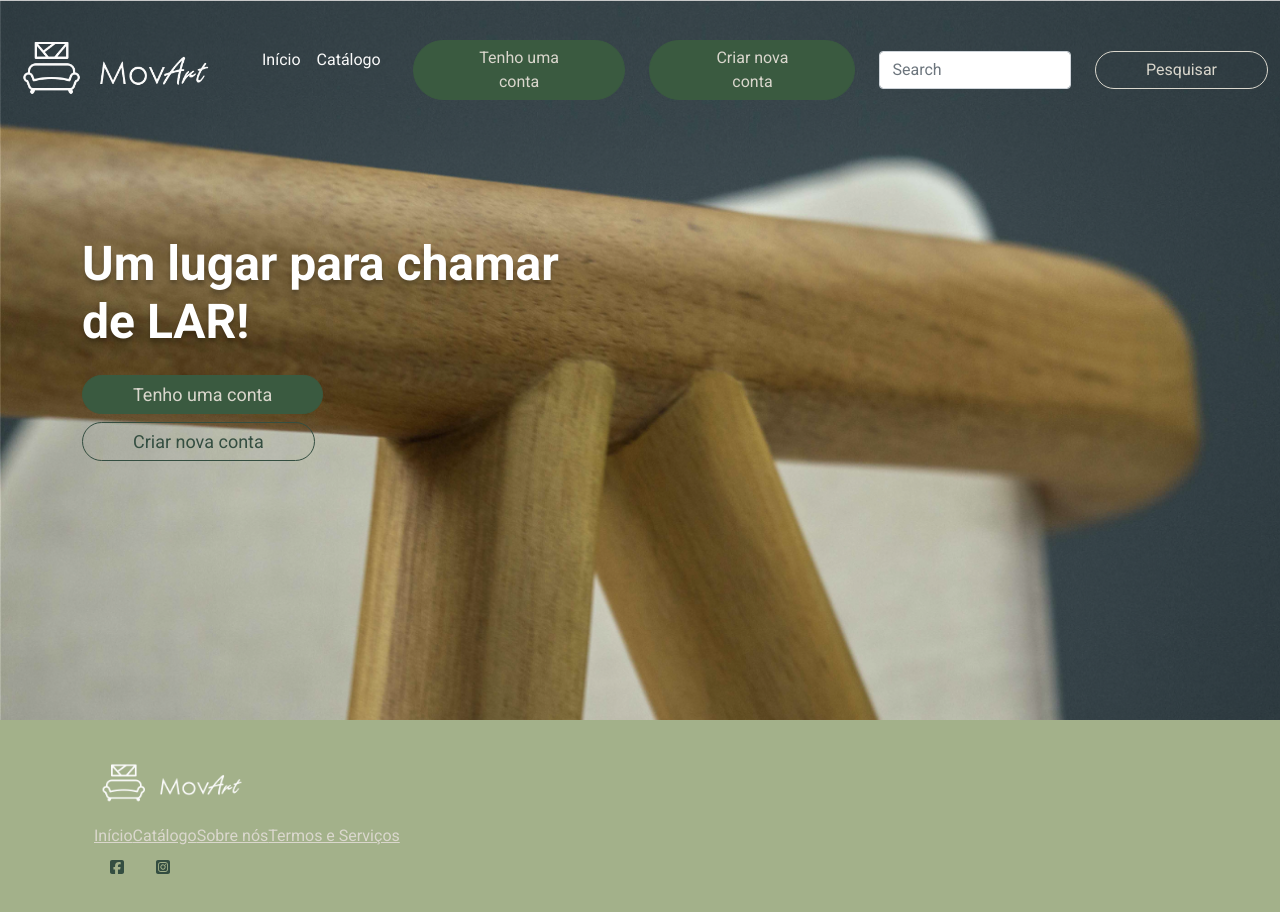
Repository: telesbp/Projeto-4-e-Projeto-5
Page: / (app in front-end/)
These files come from the project's save history. The page is drawn as it stood at one moment and after the next save; the edit follows.
The browser window is 1280 px wide. The pictures show the whole page.
The project was rebuilt for these pictures with package versions that can differ from the ones it lists, and the page was loaded fresh each time.

Above is the page before, as saved 2022-07-17 21:51:43.

### front-end/public/index.html
<!DOCTYPE html>
<html lang="pt-BR">
  <head>
    <meta charset="utf-8" />
    <link rel="icon" href="%PUBLIC_URL%/favicon.ico" />
    <meta name="viewport" content="width=device-width, initial-scale=1" />
    <meta name="theme-color" content="#000000" />
    <meta
      name="description"
      content="Seu negócio automatizado!"
    />
    <link rel="apple-touch-icon" href="%PUBLIC_URL%/logo192.png" />
    <!--
      manifest.json provides metadata used when your web app is installed on a
      user's mobile device or desktop. See https://developers.google.com/web/fundamentals/web-app-manifest/
    -->
    <link rel="manifest" href="%PUBLIC_URL%/manifest.json" />
    <!--
      Notice the use of %PUBLIC_URL% in the tags above.
      It will be replaced with the URL of the `public` folder during the build.
      Only files inside the `public` folder can be referenced from the HTML.

      Unlike "/favicon.ico" or "favicon.ico", "%PUBLIC_URL%/favicon.ico" will
      work correctly both with client-side routing and a non-root public URL.
      Learn how to configure a non-root public URL by running `npm run build`.
    -->
    <title>Stagio</title>

    <link rel="preconnect" href="https://fonts.googleapis.com">
    <link rel="preconnect" href="https://fonts.gstatic.com" crossorigin>
    <link href="https://fonts.googleapis.com/css2?family=Roboto:wght@400;700&display=swap" rel="stylesheet">
  </head>
  <body>
    <noscript>You need to enable JavaScript to run this app.</noscript>
    <div id="root"></div>
    <!--
      This HTML file is a template.
      If you open it directly in the browser, you will see an empty page.

      You can add webfonts, meta tags, or analytics to this file.
      The build step will place the bundled scripts into the <body> tag.

      To begin the development, run `npm start` or `yarn start`.
      To create a production bundle, use `npm run build` or `yarn build`.
    -->
  </body>
</html>

### front-end/src/index.tsx
import React from 'react';
import ReactDOM from 'react-dom/client';
import App from './App';
import 'bootstrap/dist/css/bootstrap.min.css';
import { BrowserRouter } from 'react-router-dom';
import 'react-toastify/dist/ReactToastify.css';
import { ToastContainer } from 'react-toastify';
import { GlobalStyle } from './assets/css/global';

const root = ReactDOM.createRoot(
  document.getElementById('root') as HTMLElement
);
root.render(
  <React.StrictMode>
    <BrowserRouter>
    <GlobalStyle/>
      <App />
      <ToastContainer/>
    </BrowserRouter>
  </React.StrictMode>
);

### front-end/src/App.tsx
import { HomeView } from "./views/Home";

function App() {
  return (
    <HomeView/>
  );
}

export default App;

### front-end/src/assets/css/global.ts
import { createGlobalStyle } from "styled-components";

export const GlobalStyle = createGlobalStyle`
    body{
       font-family: 'Roboto', sans-serif;
    }
`

### front-end/src/views/Home/index.tsx
import { Container } from "react-bootstrap";
import styled from "styled-components";
import bgSite from "../../assets/img/cadeira1.png"
import { CustomButton } from "../../components/CustomButton";
import { Layout } from "../../components/Layout";

export function HomeView(){
    return(
        <Layout>
            <Banner className="vh-100">
                <Container className="h-100 d-flex flex-column justify-content-center align-items-center align-items-lg-start">
                    <Title className="text-center text-white text-lg-start mt-auto mt-lg-0 ">Um lugar para chamar de LAR!</Title>
                    <CustomButton size="lg" to="login" variant="primary" className="mt-auto mt-lg-3 mb-2">Tenho uma conta</CustomButton>
                    <CustomButton size="lg" to="cadastro" variant="outline-primary" className="mb-4">Criar nova conta</CustomButton>
                </Container>
            </Banner>
        </Layout>
    )
}

const Banner = styled.div`
    background: url(${bgSite}) no-repeat center center;
    background-size: cover;
`
const Title = styled.h1`
    font-size: 2.25rem;
    font-weight: bold;
    text-shadow: 0 4px 4px rgba(0, 0, 0, 0.25);
    @media (min-width: 992px){
        font-size: 3rem;
        max-width: 500px;
    }
`

### front-end/src/components/CustomButton/index.tsx
import { Button, ButtonProps, Spinner } from "react-bootstrap";
import { LinkContainer } from "react-router-bootstrap";
import styled from "styled-components";

type Props = ButtonProps & {
    loading?: boolean
    to?: string
}

export function CustomButton({children, loading, to, ...otherProps}: Props) {
    const button = (
        <ButtonStyled {...otherProps}>
            {loading && (
                <Spinner animation="border" role="status" size="sm" className="me-2">
                    <span className="visually-hidden">Carregando...</span>
                </Spinner>
            )}
            {children}
        </ButtonStyled>
    )
    if (to){
        return(
            <LinkContainer to={to}>
                {button}
            </LinkContainer>
        )
    }
    return button
}
const ButtonStyled = styled(Button)`
    border-radius: 50px;
    font-weight: 500;
    padding:5px 50px 5px 50px;
    ${props => props.size ==='lg' && `
        font-size: 1.125rem;
    `}
    ${props => (props.variant === "primary" || !props.variant) && `
        background-color: #3A5A40;
        border-color: #3A5A40;
        color: #DAD7CD!important;
        &:hover {
            background-color: #344E41;
            border-color: #344E41;
        }
    `}
    ${props => (props.variant === "outline-primary" || !props.variant) && `
        border-color: #344E41;
        color: #344E41;
        &:hover {
            background-color: #344E41;
            border-color: #344E41;
            color: #DAD7CD;
        }
    `}
    ${props => (props.variant === "outline-secundary" || !props.variant) && `
        border-color: #DAD7CD;
        color: #DAD7CD;
        &:hover {
            background-color: #344E41;
            border-color: #344E41;
            color: #DAD7CD;
        }
    `}
`

### front-end/src/components/Layout/index.tsx
import { Footer } from "./Footer"
import { Header } from "./Header"

type Props = {
    children: React.ReactNode
}
export const Layout: React.FC<Props> = ({children}) => {
    return (
        <>
            <Header/>
            {children}
            <Footer/>
        </>
    )
}

### front-end/src/components/Layout/Footer.tsx
import { faFacebookSquare, faInstagramSquare } from "@fortawesome/free-brands-svg-icons";
import { FontAwesomeIcon } from "@fortawesome/react-fontawesome";
import { Container, Nav } from "react-bootstrap";
import { Link } from "react-router-dom";
import styled from "styled-components";
import LogoBrand from "../../assets/img/logobranca.png"

export function Footer () {
    return(
        <FooterStyled>
            <ContainerStyled className="d-flex p-4">
                <img src={LogoBrand} alt="MovArt" width={170} height={80}/>
                <Nav>
                    <NavLinkTitleStyled  as={Link} to="/">Início</NavLinkTitleStyled >
                    <NavLinkTitleStyled  as={Link} to="/">Catálogo</NavLinkTitleStyled >
                    <NavLinkTitleStyled  as={Link} to="/">Sobre nós</NavLinkTitleStyled >
                    <NavLinkTitleStyled  as={Link} to="/">Termos e Serviços</NavLinkTitleStyled >
                </Nav>
                <Nav>
                    <Nav.Link href="http://facebook.com" target="_blank">
                        <FontAwesomeIconStyle icon={faFacebookSquare} />
                    </Nav.Link>
                    <Nav.Link href="http://instagram.com" target="_blank">
                        <FontAwesomeIconStyle icon={faInstagramSquare} />
                    </Nav.Link>
                </Nav>
            </ContainerStyled>
        </FooterStyled>
    )
}

const FooterStyled = styled.footer`
    background: #A3B18A;
`
const NavLinkTitleStyled = styled(Nav.Link)`
    color:#DAD7CD;
`
const ContainerStyled = styled(Container)`
    display: flex;
    flex-direction: column;
`
const FontAwesomeIconStyle = styled(FontAwesomeIcon)`
    color: #344E41;
`

### front-end/src/components/Layout/Header.tsx
import { faBarsStaggered } from "@fortawesome/free-solid-svg-icons";
import { FontAwesomeIcon } from "@fortawesome/react-fontawesome";
import { useEffect, useState } from "react";
import { Container, Form, Nav, Navbar } from "react-bootstrap";
import { Link } from "react-router-dom";
import styled from "styled-components";
import LogoBrand from "../../assets/img/logobranca.png"
import LogoBrandBlack from "../../assets/img/logopreta.png"
import { CustomButton } from "../CustomButton";

export function Header() {
    const [isTransparent, setIsTransparent] = useState(true)
    useEffect(() => {
        const scrollChange = () => {
            const isLowScroll = window.scrollY < 60
            if (isLowScroll !== isTransparent){
            setIsTransparent(isLowScroll)
        }
        }
        window.addEventListener("scroll", scrollChange)
        return () => {
            window.removeEventListener("scroll", scrollChange)
        }
    },[isTransparent])
    return(
        <Navbar fixed="top" expand="lg" bg={isTransparent ? undefined : "white"} >
        <Container fluid>
          <Navbar.Brand to="/" as={Link}>
            <ImageStyle src={isTransparent ? LogoBrand : LogoBrandBlack} alt="MovArt" width={170} height={80}/>
          </Navbar.Brand>
          <NavBarToggleStyled aria-controls="basic-navbar-nav">
            <FontAwesomeIcon icon={faBarsStaggered}  className={isTransparent ? "text-white" : "text-dark"} size="lg" />
            </NavBarToggleStyled>
        <NavBarCollapseStyled id="basic-navbar-nav">
          <Nav className="ms-auto">
            <NavLinkStyled forwardedAs={Link} to="/" className="justify-contend-center text-center">Início</NavLinkStyled>
            <NavLinkStyled forwardedAs={Link} to="/catálogo" className="justify-contend-center text-center">Catálogo</NavLinkStyled>
            <CustomButton className="mt-2 mt-lg-0 ms-lg-4" variant="primary">Tenho uma conta</CustomButton>
            <CustomButton className="mt-2 mt-lg-0 ms-lg-4" variant="primary">Criar nova conta</CustomButton>
        </Nav>
            <Form className="d-flex">
              <Form.Control
                type="search"
                placeholder="Search"
                className="mt-2 mt-lg-0 ms-lg-4"
                aria-label="Search"
              />
              <CustomButton variant={isTransparent ? "outline-secundary" : "outline-primary" } className="mt-2 mt-lg-0 ms-lg-4">Pesquisar</CustomButton>
            </Form>
          </NavBarCollapseStyled>
        </Container>
      </Navbar>
    )
}
const NavBarToggleStyled = styled(Navbar.Toggle)`
    border:none;
`

const NavBarCollapseStyled = styled(Navbar.Collapse)`
   @media (max-width: 991px) {
   background-color:#fafafa ;
    margin: 0 -12px;
    padding: 1rem 2rem;
}
`
const NavLinkStyled = styled(Nav.Link)`
    @media (min-width: 992px){
        color: #fafafa!important;
    }

`
const ImageStyle = styled.img`
    @media (min-width: 992px){
       width: 226px;
       height: auto;
    }
`

After the next save:
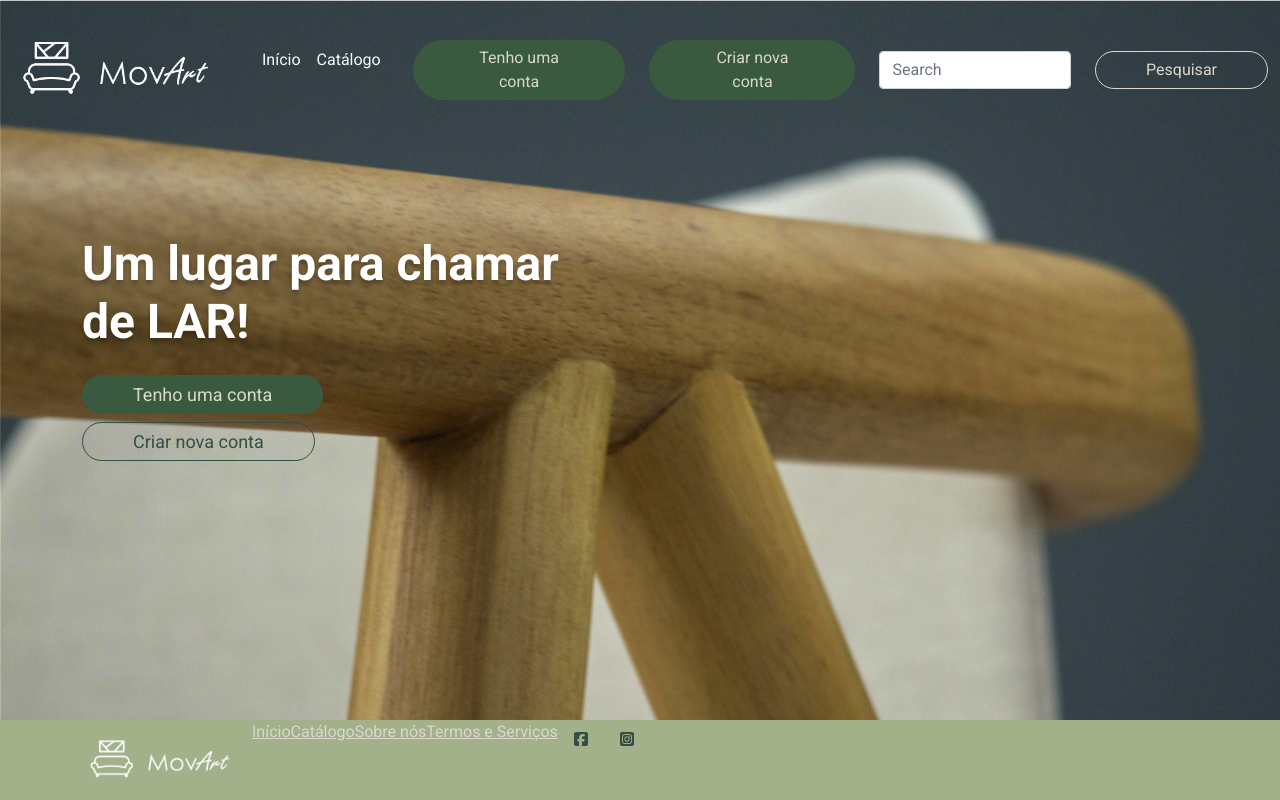
Saved 25 s later.
--- a/front-end/src/components/Layout/Footer.tsx
+++ b/front-end/src/components/Layout/Footer.tsx
@@ -8,7 +8,7 @@ import LogoBrand from "../../assets/img/logobranca.png"
 export function Footer () {
     return(
         <FooterStyled>
-            <ContainerStyled className="d-flex p-4">
+            <ContainerStyled className="">
                 <img src={LogoBrand} alt="MovArt" width={170} height={80}/>
                 <Nav>
                     <NavLinkTitleStyled  as={Link} to="/">Início</NavLinkTitleStyled >
@@ -37,7 +37,6 @@ const NavLinkTitleStyled = styled(Nav.Link)`
 `
 const ContainerStyled = styled(Container)`
     display: flex;
-    flex-direction: column;
 `
 const FontAwesomeIconStyle = styled(FontAwesomeIcon)`
     color: #344E41;
